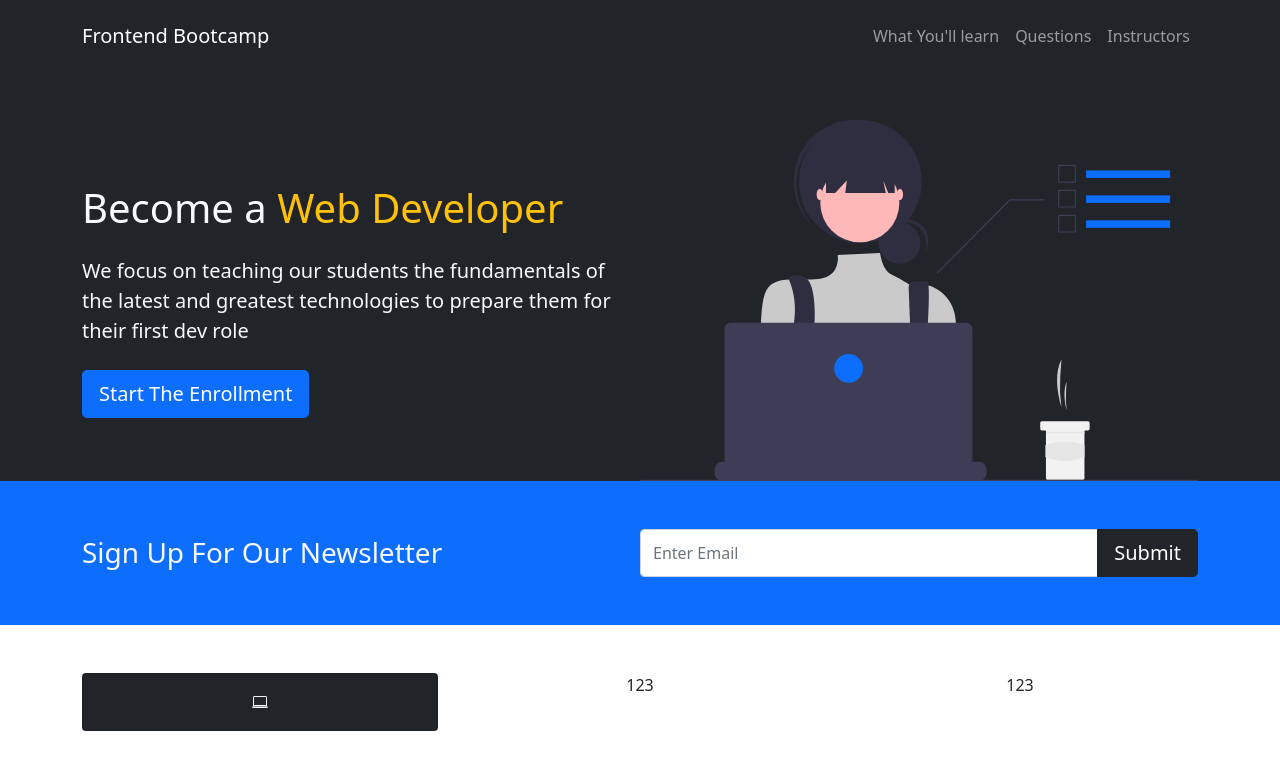
Repository: Marhamat92/Bootstrap5-Responsive-Website-
Page: index.html
An editor plug-in stored every save of this project. The page is shown before and after the next save, followed by the edit.
The browser window is 1280 px wide. The pictures show the whole page.
Some web libraries are served in a nearby version.

Above is the page before, as saved 2021-09-18 17:12:39.

### index.html
<!DOCTYPE html>
<html lang="en">

<head>
    <meta charset="UTF-8">
    <meta http-equiv="X-UA-Compatible" content="IE=edge">
    <meta name="viewport" content="width=device-width, initial-scale=1.0">
    <link href="https://cdn.jsdelivr.net/npm/bootstrap@5.0.2/dist/css/bootstrap.min.css" rel="stylesheet"
        integrity="sha384-EVSTQN3/azprG1Anm3QDgpJLIm9Nao0Yz1ztcQTwFspd3yD65VohhpuuCOmLASjC" crossorigin="anonymous">
        <link rel="stylesheet" href="https://cdn.jsdelivr.net/npm/bootstrap-icons@1.3.0/font/bootstrap-icons.css">
    <link rel="stylesheet" href="style.css">
    <title>Frontend Bootcamp</title>

</head>

<body>
    <!--Navbar-->
    <nav class="navbar navbar-expand-lg bg-dark navbar-dark py-3">
        <div class="container">
            <a href="#" class="navbar-brand">Frontend Bootcamp</a>
            <button class="navbar-toggler" type="button" data-bs-toggle="collapse" data-bs-target="#navmenu">
                <span class="navbar-toggler-icon"></span>
            </button>
            <div class="collapse navbar-collapse" id="navmenu">
                <ul class="navbar-nav ms-auto">
                    <li class="nav-item">
                        <a href="#learn" class="nav-link">What You'll learn</a>
                    </li>
                    <li class="nav-item">
                        <a href="#questions" class="nav-link">Questions</a>
                    </li>
                    <li class="nav-item">
                        <a href="#instructors" class="nav-link">Instructors</a>
                    </li>
                </ul>
            </div>
        </div>
    </nav>

<!--Showcase-->

<section class="bg-dark text-light p-5 p-lg-0 pt-lg-5 text-center text-sm-start">
    <div class="container">
      <div class="d-sm-flex align-items-center justify-content-between">
          <div>
              <h1>Become a <span class="text-warning">Web Developer</span> </h1>
              <p class="lead my-4">We focus on teaching our students the fundamentals of the latest and
                  greatest technologies to prepare them for their first dev role
              </p>
              <button class="btn btn-primary btn-lg">Start The Enrollment</button>
          </div>
          <img class="img-fluid w-50 d-none d-sm-block" src="img/showcase.svg" alt="showcase">
      </div>
    </div>
</section>


<!--Newsletter-->
<section class=" bg-primary text-light p-5">
    <div class="container">
      <div class="d-md-flex justify-content-between align-items-center">
        <h3 class="mb-3 mb-md-0">Sign Up For Our Newsletter</h3>
        <div class="input-group news-input">
            <input type="text" class="form-control" placeholder="Enter Email" >
            <button class="btn btn-dark btn-lg" type="button" >Submit</button>
          </div>

      </div>
    </div>
</section>

<!--Boxes-->
 <section class="p-5">
  <div class="container">
   <div class="row text-center">
       <div class="col-md">
           <div class="card bg-dark text-light">
            <div class="card-body text-center">
                <i class="bi bi-laptop"></i>
            </div>
           </div>


       </div>
       <div class="col-md">123</div>
       <div class="col-md">123</div>
   </div>
  </div>
 </section>






















    <script src="https://cdn.jsdelivr.net/npm/bootstrap@5.0.2/dist/js/bootstrap.bundle.min.js"
        integrity="sha384-MrcW6ZMFYlzcLA8Nl+NtUVF0sA7MsXsP1UyJoMp4YLEuNSfAP+JcXn/tWtIaxVXM" crossorigin="anonymous">
    </script>
</body>

</html>

### style.css
@media (min-width:768px) {
    .news-input{
        width:50%;
    }
}

After the next save:
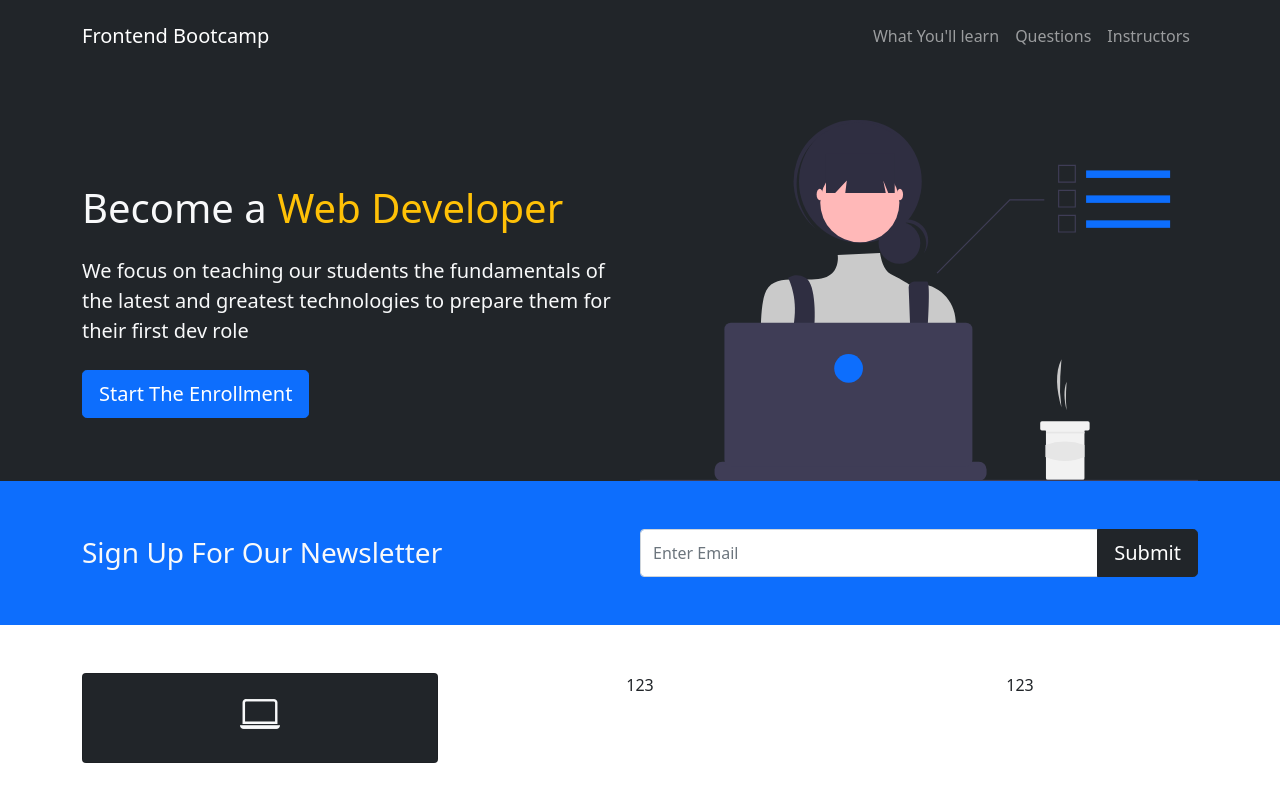
Saved 76 s later.
--- a/index.html
+++ b/index.html
@@ -76,7 +76,8 @@
        <div class="col-md">
            <div class="card bg-dark text-light">
             <div class="card-body text-center">
-                <i class="bi bi-laptop"></i>
+                <div class="h1"><i class="bi bi-laptop"></i>
+                </div>
             </div>
            </div>
 
